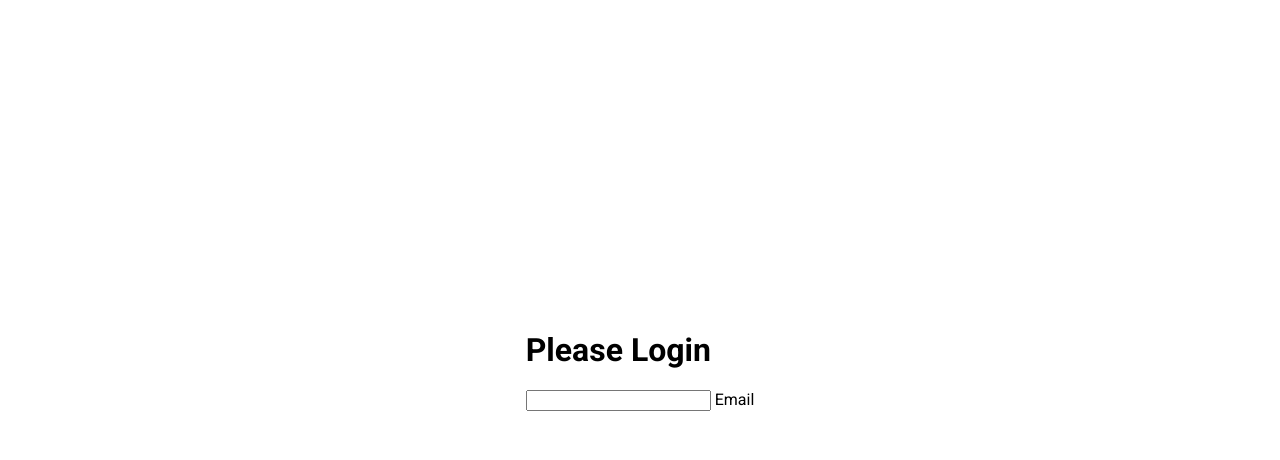
Repository: thecoachanna/form-animation
Page: index.html
An editor plug-in stored every save of this project. The page is shown before and after the next save, followed by the edit.
The browser window is 1280 px wide. The pictures show the whole page.
Some web fonts or font styles are not loaded; a fallback is used.

Above is the page before, as saved 2023-02-26 09:48:45.

### index.html
<!DOCTYPE html>
<html lang="en">
<head>
    <meta charset="UTF-8">
    <meta http-equiv="X-UA-Compatible" content="IE=edge">
    <meta name="viewport" content="width=device-width, initial-scale=1.0">
    <link rel="stylesheet" href="style.css">
    <title>Wave Animation</title>
</head>
<body>
    <div class="container">
        <h1>Please Login</h1>
        <form>
            <div class="form-control">
                <input type="text" required>
                <label>Email</label>
            </div>
        </form>
    </div>
    <script src="script.js"></script>
</body>
</html>

### style.css
@import url('https://fonts.googleapis.com/css2?family=Inter:wght@400;600;700&family=Lato:wght@100&family=Oswald:wght@700&family=Outfit&family=Poiret+One&family=Roboto:wght@400;700&display=swap');


* {
    box-sizing: border-box;
}

body {
    font-family: 'Roboto', sans-serif;
    display: flex;
    flex-direction: column;
    align-items: center;
    justify-content: center;
    height: 100vh;
    overflow: hidden;
    margin: 0;
}

Loaded but not shown: script.js (no copy from this time; the picture is the same without it)

After the next save:
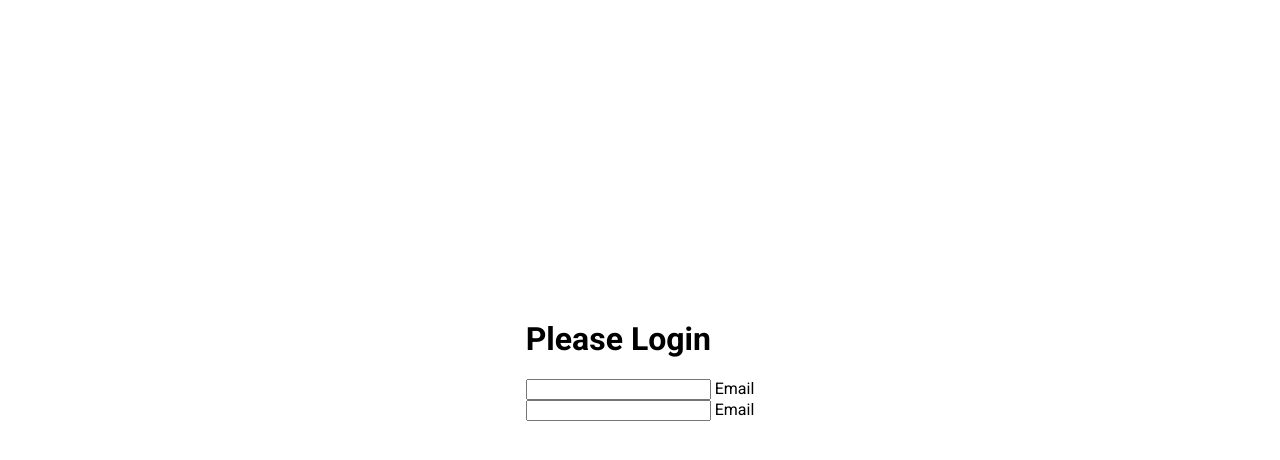
Saved 10 s later.
--- a/index.html
+++ b/index.html
@@ -15,6 +15,10 @@
                 <input type="text" required>
                 <label>Email</label>
             </div>
+            <div class="form-control">
+                <input type="text" required>
+                <label>Email</label>
+            </div>
         </form>
     </div>
     <script src="script.js"></script>
